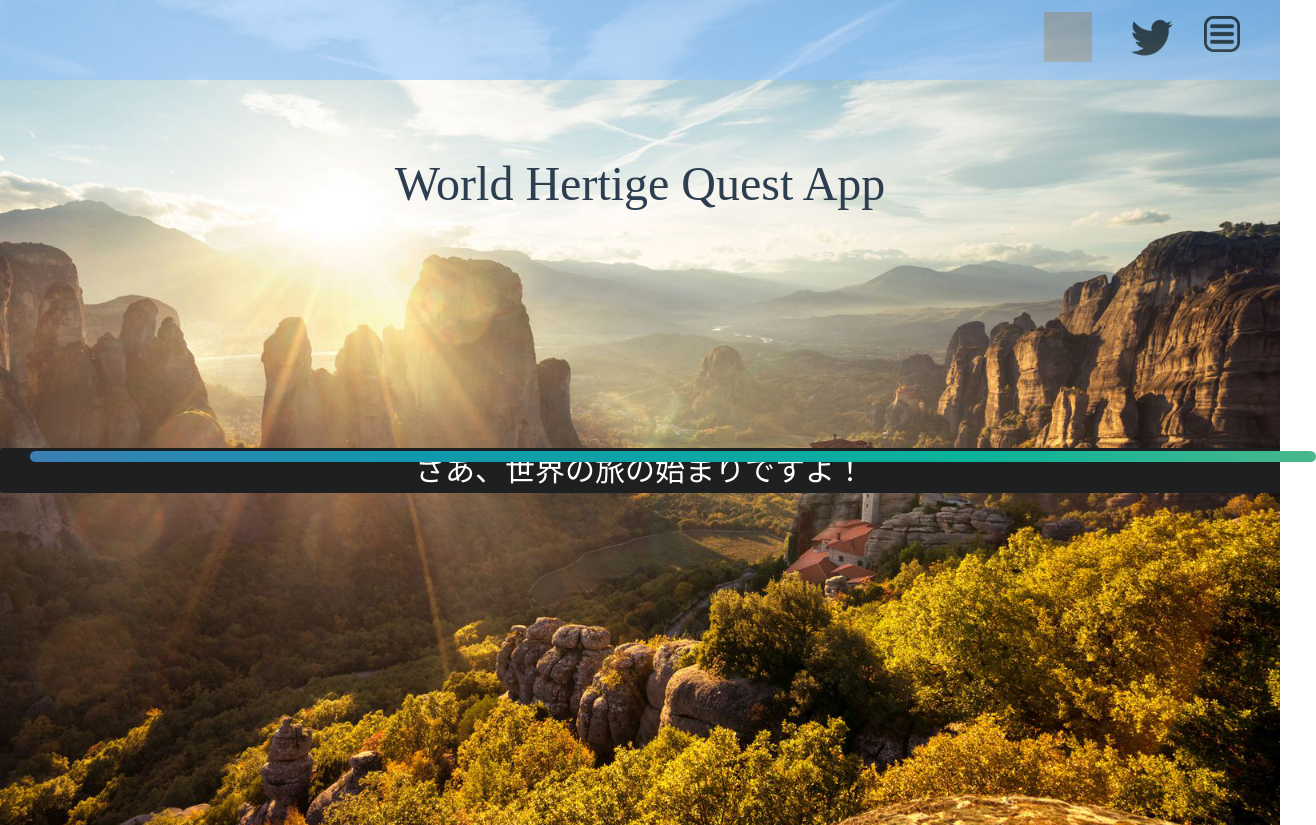
Repository: hashiz008/World-Heritage-Travel-App
Page: /
An editor plug-in stored every save of this project. The page is shown before and after a run of saves, followed by the edit.
The browser window is 1280 px wide. The page is 1316 px wide, then 1310 px, so the pictures cover 1316 px, including what lies to the right of the window. The pictures show the whole page.
Pictures or frames that could not be fetched are drawn as grey boxes. Some web fonts or font styles are not loaded; a fallback is used. The project was rebuilt for these pictures with package versions that can differ from the ones it lists, and the page was loaded fresh each time. Also part of the build but not shown: vue.config.js.

Above is the page before, as saved 2022-01-25 11:37:05.

### src/App.vue
<template>
    <div id="nav"></div>
    <router-view />
</template>

<style>
#app {
    font-family: Avenir, Helvetica, Arial, sans-serif;
    -webkit-font-smoothing: antialiased;
    -moz-osx-font-smoothing: grayscale;
    text-align: center;
    color: #2c3e50;
}

#nav {
    padding: 30px;
}

#nav a {
    font-weight: bold;
    color: #2c3e50;
}

#nav a.router-link-exact-active {
    color: #42b983;
}
</style>

### src/router/index.ts
import { createRouter, createWebHistory, RouteRecordRaw } from 'vue-router'
import TopPage from '../views/TopPage.vue'

const routes: Array<RouteRecordRaw> = [
  {
    path: '/',
    name: 'TopPage',
    component: TopPage
  },
  {
    path: '/mainPage',
    name: 'MainPage',
    // route level code-splitting
    // this generates a separate chunk (about.[hash].js) for this route
    // which is lazy-loaded when the route is visited.
    component: () => import(/* webpackChunkName: "about" */ '../views/MainPage.vue')
  }
]

const router = createRouter({
  history: createWebHistory(process.env.BASE_URL),
  routes
})

export default router

### src/views/TopPage.vue
<template>
    <div class="backImgDiv">
        <div class="backImg">
            <div class="menu bg-blue-300 opacity-60 pr-10 flex justify-end">
                <input id="nav-input" type="checkbox" class="input invisible" />
                <div
                    class="rounded-full hover:bg-blue-100 hover:opacity-80 w-14 h-14 mt-1 mr-7 pt-2 pl-2"
                >
                    <a href="https://github.com/hashiz008"
                        ><img
                            class="cursor-pointer githubIcon"
                            src="../img//githubIcon.png"
                            alt="githubIcon"
                    /></a>
                </div>
                <div
                    class="rounded-full hover:bg-blue-100 hover:opacity-80 w-14 h-14 mr-7 mt-1 pt-2 pl-2"
                >
                    <a href="https://twitter.com/hashiz008"
                        ><img
                            class="cursor-pointer twitterIcon"
                            src="../img//twitterIcon2.png"
                            alt="twitter"
                    /></a>
                </div>
                <label for="nav-input"
                    ><img
                        class="cursor-pointer mt-4 w-9 h-9"
                        src="../img/menuIcon.png"
                        alt="menuIcon"
                /></label>
                <div class="detail pt-10 text-white">
                    <h2 class="text-4xl">世界遺産探検アプリの紹介</h2>
                    <p class="pt-5 text-2xl">
                        このアプリは好きな数字を入力してshowボタンを押すと世界遺産の画像と名前、国名が表示されます。
                    </p>
                    <p class="pt-5 text-2xl">
                        また,それと連動してGoogleMapにピンポイントでその遺産がある場所にMarkerされます。そしてダウンロードボタンを押すと画像がダウンロードされます。
                    </p>
                    <ul class="pt-5">
                        <li class="text-2xl">ヨーロッパ編: 0~10</li>
                        <li class="text-2xl">アメリカ編: 11~20</li>
                        <li class="text-2xl">アジア編: 21~30</li>
                    </ul>
                    <p class="text-2xl pt-3">
                        いずれデータを追加する予定です。
                    </p>
                </div>
            </div>
            <div class="titleDiv flex justify-center pt-40">
                <h1 class="title text-5xl">World Hertige Quest App</h1>
            </div>
            <div class="startBtn startBtns flex justify-center">
                <!-- <router-link
                    class="shadow-2xl text-white hover:opacity-70 hover:border-blue-800 hover:bg-blue-600 rounded-full py-2 px-4 border-2 border-blue-500"
                    to="/mainPage"
                    >さあ、世界の旅の始まりですよ！</router-link
                > -->
                <router-link class="router shadow-2xl text-white" to="/mainPage"
                    >さあ、世界の旅の始まりですよ！</router-link
                >
            </div>
        </div>
    </div>
</template>

<script>
// @ is an alias to /src
export default {
    name: "Home",
};
</script>

<style scoped="lang">
@import url("https://fonts.googleapis.com/css2?family=M+PLUS+2:wght@700&family=Playfair+Display:wght@500&display=swap");
@import url("https://fonts.googleapis.com/css?family=Raleway:200");
.backImgDiv {
    margin-top: -60px;
}
.backImg {
    background-image: url("../assets/startPage.png");
    background-repeat: no-repeat;
    background-size: cover;
    background-position: center center;
    width: 100%;
    height: 825px;
}
.menu {
    position: fixed;
    width: 100%;
    height: 80px;
}
.detail {
    width: 100%;
    height: 100%;
    position: fixed;
    left: 0;
    margin-top: 80px;
    display: none;
    background-color: #112129;
    animation: detail 2s;
}
@keyframes detail {
    0% {
        transform-origin: bottom;
        transform: scaleY(0);
    }
}
#nav-input:hover ~ .detail {
    display: block;
}
#input:hover ~ .titleDiv {
    display: none;
}
.titleDiv {
    animation: title 2s;
}
@keyframes title {
    0% {
        transform: rotate(0deg);
    }
    100% {
        transform: rotate(360deg);
    }
}
.title {
    font-family: "Libre Baskerville", serif;
}
.githubIcon {
    width: 50px;
    height: 50px;
}
.twitterIcon {
    width: 50px;
    height: 50px;
}
.startBtn {
    font-size: 30px;
    margin-top: 15rem;
}
.startBtn {
     --borderWidth: 3px;
     background: #1d1f20;
     position: relative;
     border-radius: var(--borderWidth);
}
.startBtn:after {
    content: "";
    position: absolute;
    top: calc(1 * var(--borderWidth));
    left: calc(10 * var(--borderWidth));
    height: calc(10% + var(--borderWidth) * 2);
    width: calc(100% + var(--borderWidth) * 2);
    background: linear-gradient(
        60deg,
        #f79533,
        #f37055,
        #ef4e7b,
        #a166ab,
        #5073b8,
        #1098ad,
        #07b39b,
        #6fba82
    );
    border-radius: calc(2 * var(--borderWidth));
    z-index: 1;
    animation: animatedgradient 3s ease alternate infinite;
    background-size: 300% 300%;
}

@keyframes animatedgradient {
    0% {
        background-position: 0% 50%;
    }
    50% {
        background-position: 100% 50%;
    }
    100% {
        background-position: 0% 50%;
    }
}
</style>

Loaded but not shown: src/main.ts (common file); src/index.css (common file); tailwind.config.js (common file)

After the next 3 saves:
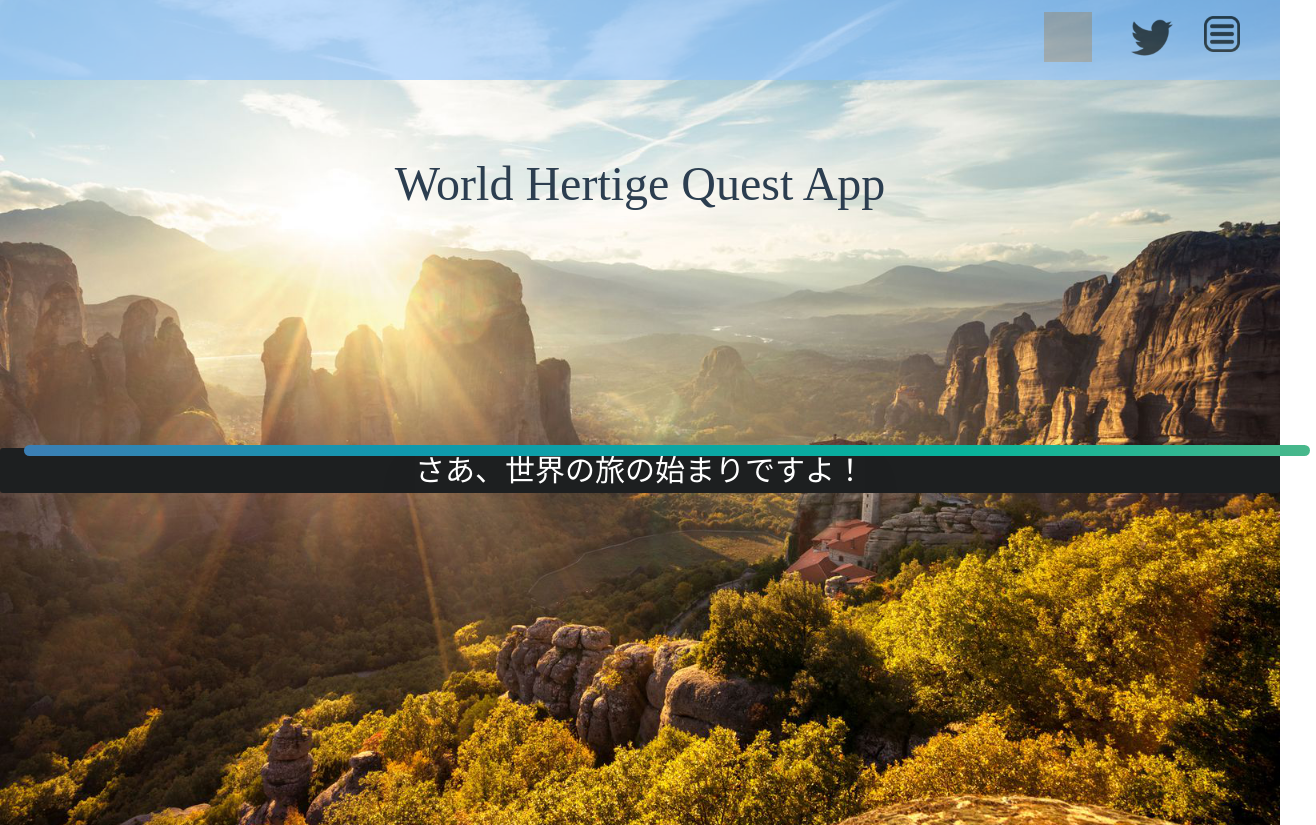
The 3 saves are shown as one change because they came seconds apart.
The last was saved 8 s later.
--- a/src/views/TopPage.vue
+++ b/src/views/TopPage.vue
@@ -147,8 +147,8 @@ export default {
 .startBtn:after {
     content: "";
     position: absolute;
-    top: calc(1 * var(--borderWidth));
-    left: calc(10 * var(--borderWidth));
+    top: calc(-1 * var(--borderWidth));
+    left: calc(8 * var(--borderWidth));
     height: calc(10% + var(--borderWidth) * 2);
     width: calc(100% + var(--borderWidth) * 2);
     background: linear-gradient(
